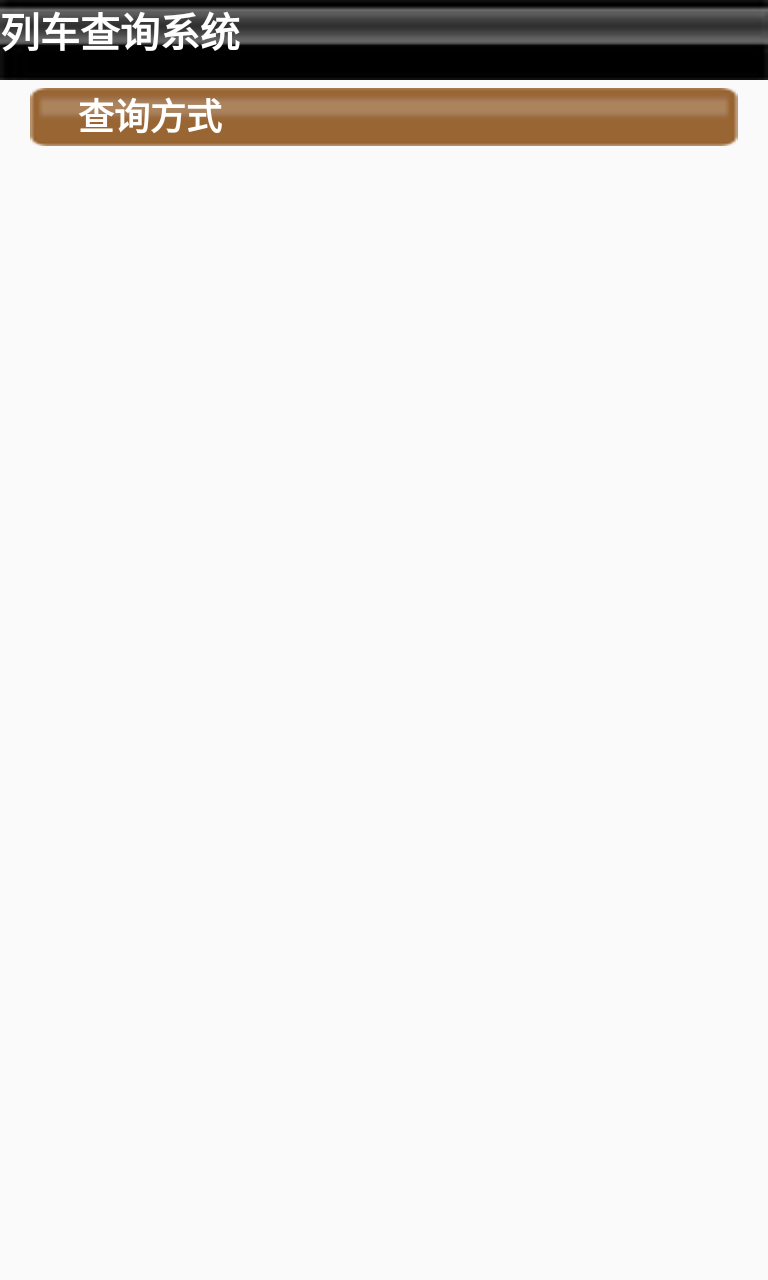
Repository: gogolaile/CoolWeather
Layout: Train_Qurey/res/layout/activity_main.xml
An editor plug-in stored every save of this project. The layout is shown before and after the next save, followed by the edit.
It is drawn on a 768 x 1280 px phone screen (xhdpi) without system bars, with theme AppTheme; the app's code is not run.

Above is the layout before, as saved 2015-11-28 07:10:48.

### Train_Qurey/res/layout/activity_main.xml
<LinearLayout xmlns:android="http://schemas.android.com/apk/res/android"
    android:layout_width="match_parent"
    android:layout_height="match_parent"
    android:orientation="vertical" >

    <FrameLayout
     android:layout_width="match_parent"
     android:layout_height="40dp"
     android:background="@drawable/title">
<TextView
    android:layout_width="wrap_content"
    android:layout_height="wrap_content"
    android:text = "@string/the_main_title"
    android:gravity="center_horizontal|bottom"
    android:textSize="20sp"
    android:textColor="#FFFFFF"
    android:textStyle="bold"/>
</FrameLayout>
<LinearLayout
    android:layout_width="match_parent"
    android:layout_height="wrap_content"
    android:background="@drawable/navigator"
    android:layout_marginLeft="15dip"
    android:layout_marginRight="15dip"
    android:layout_marginTop="4dip"
    android:layout_marginBottom="4dip"
    android:orientation="horizontal">
   <TextView
       android:layout_width="100dip"
       android:layout_height="wrap_content"
       android:text="@string/the_query_way"
       android:textSize="18sp"
       android:textStyle="bold"
       android:textColor="#FFFFFF"
       android:gravity="center"
       android:layout_marginLeft="10dip"/>
</LinearLayout>

</LinearLayout>

### Train_Qurey/res/values/strings.xml
<?xml version="1.0" encoding="utf-8"?>
<resources>

    <string name="app_name">Train_Qurey</string>
    <string name="the_title">the title</string>
    <string name="the_main_title">列车查询系统</string>
    <string name="the_query_way">查询方式</string>
    <string name="detailed_query">详细查询</string>
</resources>

Loaded but not shown: Train_Qurey/res/values/styles.xml (common file); Train_Qurey/res/values-v11/styles.xml (common file); Train_Qurey/res/values-v14/styles.xml (common file)

After the next save:
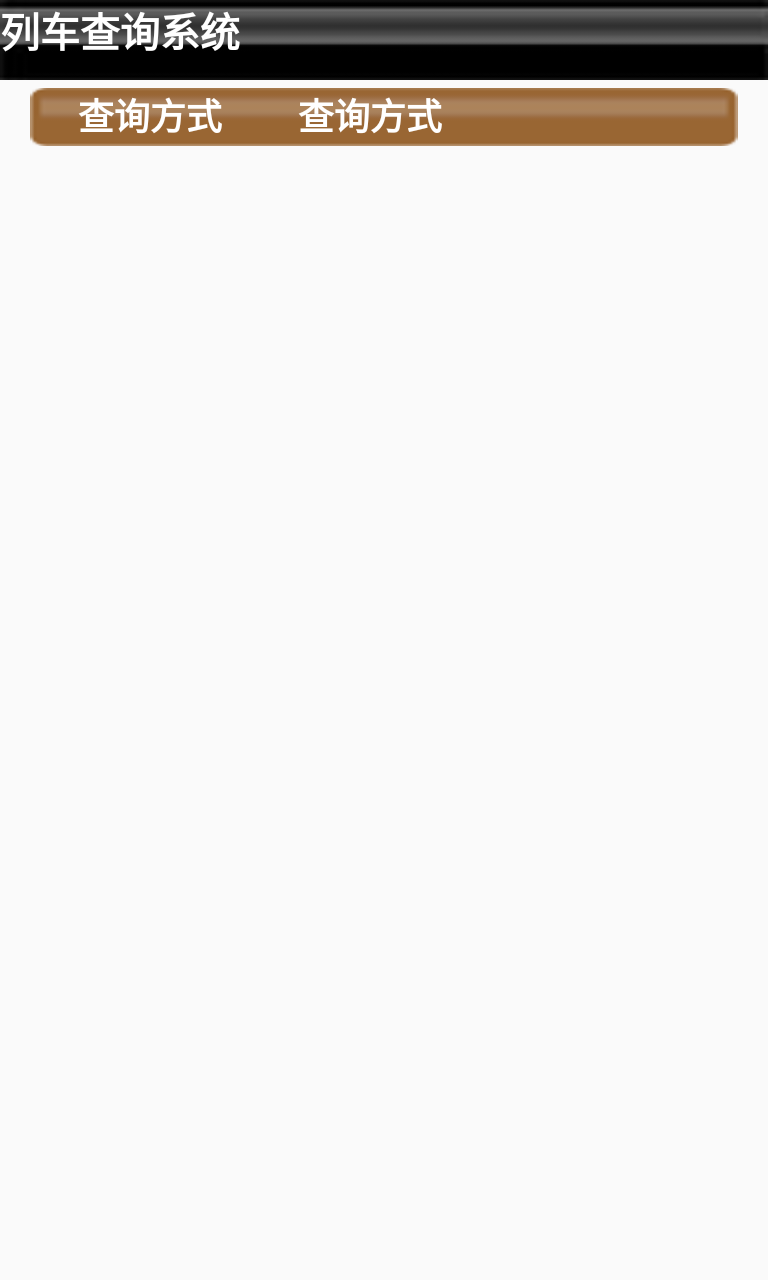
Saved 108 s later.
--- a/Train_Qurey/res/layout/activity_main.xml
+++ b/Train_Qurey/res/layout/activity_main.xml
@@ -34,6 +34,15 @@
        android:textColor="#FFFFFF"
        android:gravity="center"
        android:layout_marginLeft="10dip"/>
+   <TextView
+       android:layout_width="100dip"
+       android:layout_height="wrap_content"
+       android:text="@string/the_query_way"
+       android:textSize="18sp"
+       android:textStyle="bold"
+       android:textColor="#FFFFFF"
+       android:gravity="center"
+       android:layout_marginLeft="10dip"/>
 </LinearLayout>
 
 </LinearLayout>
